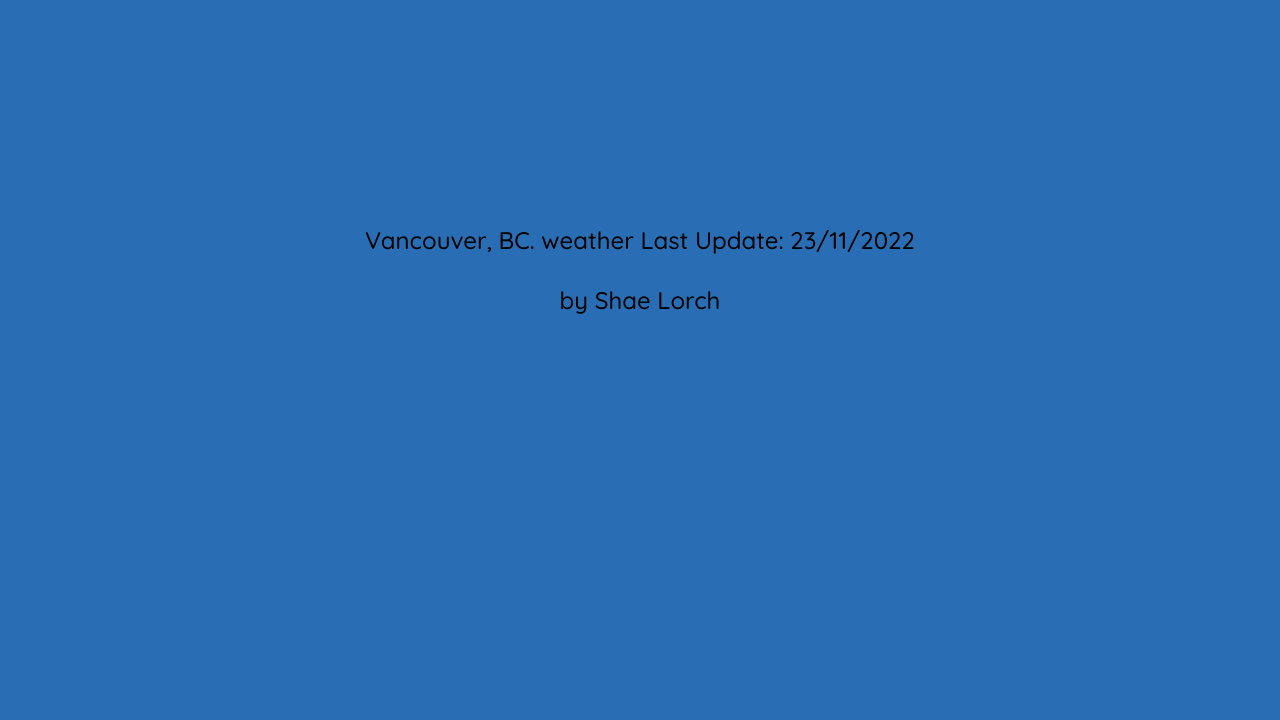
Repository: shaelorch/assessment2-DCD
Page: /
These files come from the project's save history. The page is drawn as it stood at one moment and after the next save; the edit follows.
The browser window is 1280 px wide. The pictures show the whole page.
Some web fonts or font styles are not loaded; a fallback is used. The project was rebuilt for these pictures with package versions that can differ from the ones it lists, and the page was loaded fresh each time. The framework's server and built-in components were replaced by stand-ins that run in the browser. Also part of the build but not shown: next.config.js, comps/weatherCard.js.

Above is the page before, as saved 2023-02-23 16:52:22.

### pages/index.js
import Head from 'next/head'
import Image from 'next/image'
import { useEffect, useRef, useState } from 'react';
import styles from '../styles/Home.module.css';
import axios from 'axios';
import WeatherCont from '../comps/weatherCard';

export default function Home() {

  const apiKey = 'cbd83d03fd51593f0af105201d308067';
  const location = 'vancouver';
  const units = 'metric';
  const url = `https://api.openweathermap.org/data/2.5/forecast?q=${location}&units=${units}&appid=${apiKey}`;

  const [ data, setData ] = useState();
  const grabWeather = useRef(false);

  const fetchWeather = async () => {
    const response = await axios.get(url);
    console.log(response);

    console.log(response.data.list);
    const arrayOfDays = [];

    let weatherData = response.data.list.map((weather, index) => {
      console.log(parseInt(weather.dt_txt.substr(8,2), 10));
      let num = parseInt(weather.dt_txt.substr(8,2), 10);

      if(num !== arrayOfDays.find(element => element === num)) {
        arrayOfDays.push(num);
        console.log("Here");
        console.log(response.data.list[index]);
        var month = '';
        var icon = '';

        if(weather.dt_txt.substr(5,2) == 1) {
          month = 'January';
        }else if(weather.dt_txt.substr(5,2) == 2) {
          month = 'February';
        }else if(weather.dt_txt.substr(5,2) == 3) {
          month = 'March';
        }else if(weather.dt_txt.substr(5,2) == 4) {
          month = 'April';
        }else if(weather.dt_txt.substr(5,2) == 5) {
          month = 'May';
        }else if(weather.dt_txt.substr(5,2) == 6) {
          month = 'June';
        }else if(weather.dt_txt.substr(5,2) == 7) {
          month = 'July';
        }else if(weather.dt_txt.substr(5,2) == 8) {
          month = 'August';
        }else if(weather.dt_txt.substr(5,2) == 9) {
          month = 'September';
        }else if(weather.dt_txt.substr(5,2) == 10) {
          month = 'October';
        }else if(weather.dt_txt.substr(5,2) == 11) {
          month = 'November';
        }else if(weather.dt_txt.substr(5,2) == 12) {
          month = 'December';
        }

        if(weather.weather[0].main == 'Clouds') {
          icon = '/icons/cloud.svg'
        }else if(weather.weather[0].main == 'Clear') {
          icon = '/icons/clear.svg'
        }else if(weather.weather[0].main == 'Atmosphere') {
          icon = '/icons/atmosphere.svg'
        }else if(weather.weather[0].main == 'Rain') {
          icon = '/icons/rain.svg'
        }else if(weather.weather[0].main == 'Drizzle') {
          icon = '/icons/drizzle.svg'
        }else if(weather.weather[0].main == 'Snow') {
          icon = '/icons/snow.svg'
        }else if(weather.weather[0].main == 'Thunderstorm') {
          icon = '/icons/lightening.svg'
        }

        var now = new Date(weather.dt_txt);
        var days = ['Sunday', 'Monday', 'Tuesday', 'Wednesday', 'Thursday', 'Friday', 'Saturday']
        var day = days[now.getDate()];

        return (
          <div className={styles.card} key={index} >
              <div style={{display:'flex', flexDirection:'row', justifyContent:'space-between', marginRight:'5%', alignContent:'center'}}>
              <Image style={{}}
              src={icon}
              alt="logo"
              width={80}
              height={80}
              priority
                  />
                  <div style={{alignSelf:'center', marginRight:180}}>
                    <div>{weather.main.temp.toFixed(1)} °C</div>
                    <div>{weather.weather[0].main}</div>
                  </div>
                   <p>
                  {day} <br/> {month} {weather.dt_txt.substr(8,2)}, {weather.dt_txt.substr(0,4)}
                  </p></div>





          </div>
        )
        }
      })
      console.log(arrayOfDays);
      setData(weatherData);
  }

  useEffect(() => {
    if(grabWeather.current === true) {
        fetchWeather();
    }

    return () => {
      grabWeather.current = true;
    }
  }, []);

  const current = new Date();
  const date = `${current.getDate()}/${current.getMonth()+1}/${current.getFullYear()}`;


  return (

    <>
    <Head>

    </Head>
    <main className={styles.main}>
      <div className={styles.description}>
        <p>
          Vancouver, BC. weather
          Last Update: {date}
        </p>
        <div>
          <a>
            by Shae Lorch
          </a>
        </div>
      </div>

    <div className={styles.grid}>
      {data}
    </div>

    </main>

    </>

  )
}

### styles/globals.css
@import url('https://fonts.googleapis.com/css2?family=Tilt+Warp&display=swap');
@import url('https://fonts.googleapis.com/css2?family=Quicksand:wght@300;500;700&family=Tilt+Neon&family=Tilt+Warp&display=swap');

html,
body {
  padding: 0;
  margin: 0;
  font-family: -apple-system, BlinkMacSystemFont, Segoe UI, Roboto, Oxygen,
    Ubuntu, Cantarell, Fira Sans, Droid Sans, Helvetica Neue, sans-serif;
}

a {
  color: inherit;
  text-decoration: none;
}

* {
  box-sizing: border-box;
}

@media (prefers-color-scheme: dark) {
  html {
    color-scheme: dark;
  }
  body {
    color: white;
    background: black;
  }
}

### styles/Home.module.css
.container {
  padding: 0 2rem;
  background-color: #296EB4;
}

.main {
  min-height: 100vh;
  padding: 4rem 0;
  flex: 1;
  display: flex;
  flex-direction: column;
  justify-content: center;
  align-items: center;
  background-color: #296EB4;
  font-family:quicksand, cursive;

}

.card {
  background: rgb(255,255,255);
  background: linear-gradient(0deg, rgba(255,255,255,0) 0%, rgba(136,198,255,1) 47%);
  width:100%;
  height:100%;
  border-radius:20px;
  padding-left:5%;
  margin-bottom: 8%;
}

.footer {
  display: flex;
  flex: 1;
  padding: 2rem 0;
  border-top: 1px solid #eaeaea;
  justify-content: center;
  align-items: center;
}

.footer a {
  display: flex;
  justify-content: center;
  align-items: center;
  flex-grow: 1;
}

.title a {
  color: #0070f3;
  text-decoration: none;
}

.title a:hover,
.title a:focus,
.title a:active {
  text-decoration: underline;
}

.title {
  margin: 0;
  line-height: 1.15;
  font-size: 4rem;
}

.title,
.description {
  text-align: center;
}

.description {
  margin: 4rem 0;
  line-height: 1.5;
  font-size: 1.5rem;
}

.code {
  background: #fafafa;
  border-radius: 5px;
  padding: 0.75rem;
  font-size: 1.1rem;
  font-family: Menlo, Monaco, Lucida Console, Liberation Mono, DejaVu Sans Mono,
    Bitstream Vera Sans Mono, Courier New, monospace;
}

.grid {
  display: flex;
  align-items: center;
  justify-content: center;
  flex-wrap: wrap;
  max-width: 800px;
  margin:8%;
}





.logo {
  height: 1em;
  margin-left: 0.5rem;
}

@media (max-width: 600px) {
  .grid {
    width: 100%;
    flex-direction: column;
  }
}

@media (prefers-color-scheme: dark) {
  .card,
  .footer {
    border-color: #222;
  }
  .code {
    background: #111;
  }
  .logo img {
    filter: invert(1);
  }
}

Loaded but not shown: pages/_app.js (common file)

After the next save:
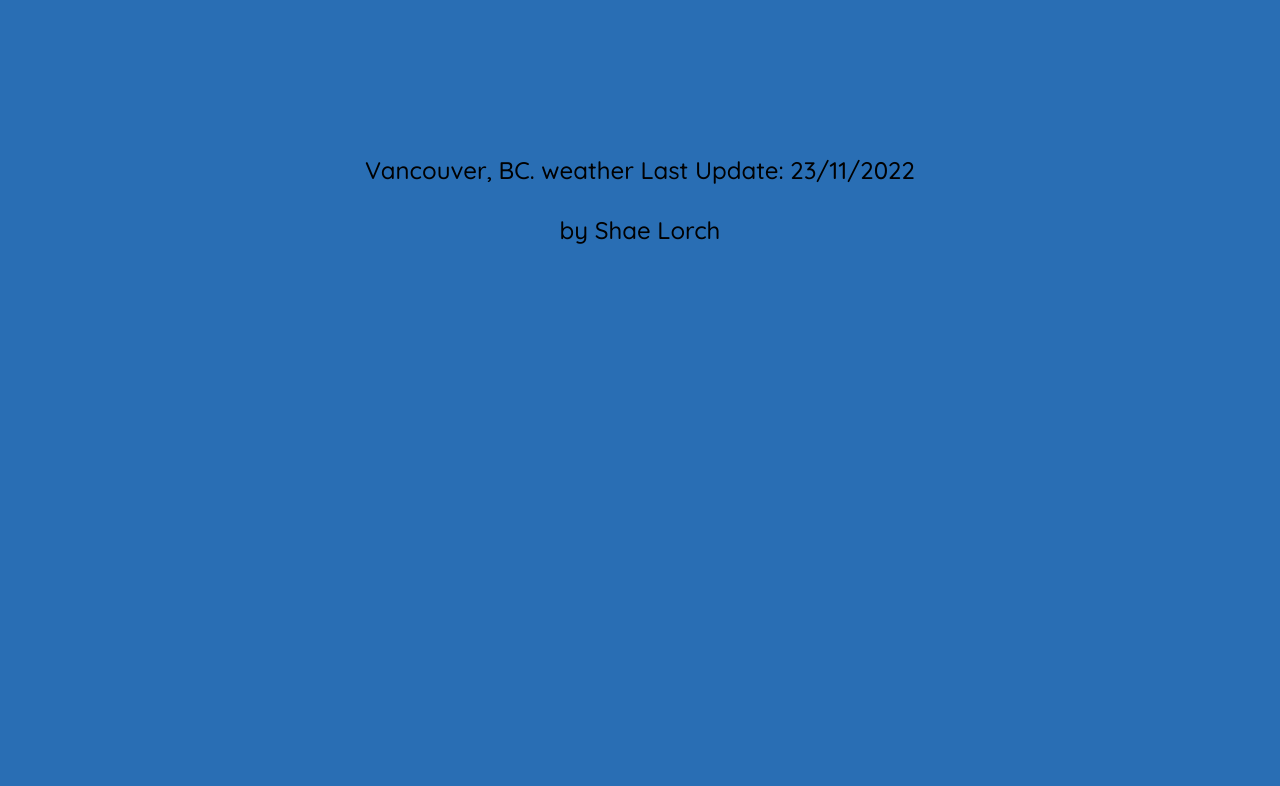
Saved 102 s later.
--- a/pages/index.js
+++ b/pages/index.js
@@ -12,7 +12,7 @@ export default function Home() {
   const units = 'metric';
   const url = `https://api.openweathermap.org/data/2.5/forecast?q=${location}&units=${units}&appid=${apiKey}`;
 
-  const [ data, setData ] = useState();
+  const [data, setData] = useState();
   const grabWeather = useRef(false);
 
   const fetchWeather = async () => {
@@ -23,55 +23,55 @@ export default function Home() {
     const arrayOfDays = [];
 
     let weatherData = response.data.list.map((weather, index) => {
-      console.log(parseInt(weather.dt_txt.substr(8,2), 10));
-      let num = parseInt(weather.dt_txt.substr(8,2), 10);
+      console.log(parseInt(weather.dt_txt.substr(8, 2), 10));
+      let num = parseInt(weather.dt_txt.substr(8, 2), 10);
 
-      if(num !== arrayOfDays.find(element => element === num)) {
+      if (num !== arrayOfDays.find(element => element === num)) {
         arrayOfDays.push(num);
         console.log("Here");
         console.log(response.data.list[index]);
         var month = '';
         var icon = '';
 
-        if(weather.dt_txt.substr(5,2) == 1) {
+        if (weather.dt_txt.substr(5, 2) == 1) {
           month = 'January';
-        }else if(weather.dt_txt.substr(5,2) == 2) {
+        } else if (weather.dt_txt.substr(5, 2) == 2) {
           month = 'February';
-        }else if(weather.dt_txt.substr(5,2) == 3) {
+        } else if (weather.dt_txt.substr(5, 2) == 3) {
           month = 'March';
-        }else if(weather.dt_txt.substr(5,2) == 4) {
+        } else if (weather.dt_txt.substr(5, 2) == 4) {
           month = 'April';
-        }else if(weather.dt_txt.substr(5,2) == 5) {
+        } else if (weather.dt_txt.substr(5, 2) == 5) {
           month = 'May';
-        }else if(weather.dt_txt.substr(5,2) == 6) {
+        } else if (weather.dt_txt.substr(5, 2) == 6) {
           month = 'June';
-        }else if(weather.dt_txt.substr(5,2) == 7) {
+        } else if (weather.dt_txt.substr(5, 2) == 7) {
           month = 'July';
-        }else if(weather.dt_txt.substr(5,2) == 8) {
+        } else if (weather.dt_txt.substr(5, 2) == 8) {
           month = 'August';
-        }else if(weather.dt_txt.substr(5,2) == 9) {
+        } else if (weather.dt_txt.substr(5, 2) == 9) {
           month = 'September';
-        }else if(weather.dt_txt.substr(5,2) == 10) {
+        } else if (weather.dt_txt.substr(5, 2) == 10) {
           month = 'October';
-        }else if(weather.dt_txt.substr(5,2) == 11) {
+        } else if (weather.dt_txt.substr(5, 2) == 11) {
           month = 'November';
-        }else if(weather.dt_txt.substr(5,2) == 12) {
+        } else if (weather.dt_txt.substr(5, 2) == 12) {
           month = 'December';
         }
 
-        if(weather.weather[0].main == 'Clouds') {
+        if (weather.weather[0].main == 'Clouds') {
           icon = '/icons/cloud.svg'
-        }else if(weather.weather[0].main == 'Clear') {
+        } else if (weather.weather[0].main == 'Clear') {
           icon = '/icons/clear.svg'
-        }else if(weather.weather[0].main == 'Atmosphere') {
+        } else if (weather.weather[0].main == 'Atmosphere') {
           icon = '/icons/atmosphere.svg'
-        }else if(weather.weather[0].main == 'Rain') {
+        } else if (weather.weather[0].main == 'Rain') {
           icon = '/icons/rain.svg'
-        }else if(weather.weather[0].main == 'Drizzle') {
+        } else if (weather.weather[0].main == 'Drizzle') {
           icon = '/icons/drizzle.svg'
-        }else if(weather.weather[0].main == 'Snow') {
+        } else if (weather.weather[0].main == 'Snow') {
           icon = '/icons/snow.svg'
-        }else if(weather.weather[0].main == 'Thunderstorm') {
+        } else if (weather.weather[0].main == 'Thunderstorm') {
           icon = '/icons/lightening.svg'
         }
 
@@ -81,21 +81,21 @@ export default function Home() {
 
         return (
           <div className={styles.card} key={index} >
-              <div style={{display:'flex', flexDirection:'row', justifyContent:'space-between', marginRight:'5%', alignContent:'center'}}>
+            <div style={{ display: 'flex', flexDirection: 'row', justifyContent: 'space-between', marginRight: '5%', alignContent: 'center' }}>
               <Image style={{}}
-              src={icon}
-              alt="logo"
-              width={80}
-              height={80}
-              priority
-                  />
-                  <div style={{alignSelf:'center', marginRight:180}}>
-                    <div>{weather.main.temp.toFixed(1)} °C</div>
-                    <div>{weather.weather[0].main}</div>
-                  </div>
-                   <p>
-                  {day} <br/> {month} {weather.dt_txt.substr(8,2)}, {weather.dt_txt.substr(0,4)}
-                  </p></div>
+                src={icon}
+                alt="logo"
+                width={80}
+                height={80}
+                priority
+              />
+              <div style={{ alignSelf: 'center', marginRight: 180 }}>
+                <div>{weather.main.temp.toFixed(1)} °C</div>
+                <div>{weather.weather[0].main}</div>
+              </div>
+              <p>
+                {day} <br /> {month} {weather.dt_txt.substr(8, 2)}, {weather.dt_txt.substr(0, 4)}
+              </p></div>
 
 
 
@@ -103,15 +103,15 @@ export default function Home() {
 
           </div>
         )
-        }
-      })
-      console.log(arrayOfDays);
-      setData(weatherData);
+      }
+    })
+    console.log(arrayOfDays);
+    setData(weatherData);
   }
 
   useEffect(() => {
-    if(grabWeather.current === true) {
-        fetchWeather();
+    if (grabWeather.current === true) {
+      fetchWeather();
     }
 
     return () => {
@@ -120,33 +120,37 @@ export default function Home() {
   }, []);
 
   const current = new Date();
-  const date = `${current.getDate()}/${current.getMonth()+1}/${current.getFullYear()}`;
+  const date = `${current.getDate()}/${current.getMonth() + 1}/${current.getFullYear()}`;
 
 
   return (
 
     <>
-    <Head>
+      <Head>
 
-    </Head>
-    <main className={styles.main}>
-      <div className={styles.description}>
-        <p>
-          Vancouver, BC. weather
-          Last Update: {date}
-        </p>
-        <div>
-          <a>
-            by Shae Lorch
-          </a>
+      </Head>
+      <main className={styles.main}>
+        <div className={styles.description}>
+          <p>
+            Vancouver, BC. weather
+            Last Update: {date}
+          </p>
+          <div>
+            <a>
+              by Shae Lorch
+            </a>
+          </div>
         </div>
-      </div>
 
-    <div className={styles.grid}>
-      {data}
-    </div>
+        <div className={styles.grid}>
+          {data}
+        </div>
 
-    </main>
+        <div className={styles.grid}>
+          {data}
+        </div>
+
+      </main>
 
     </>
 
